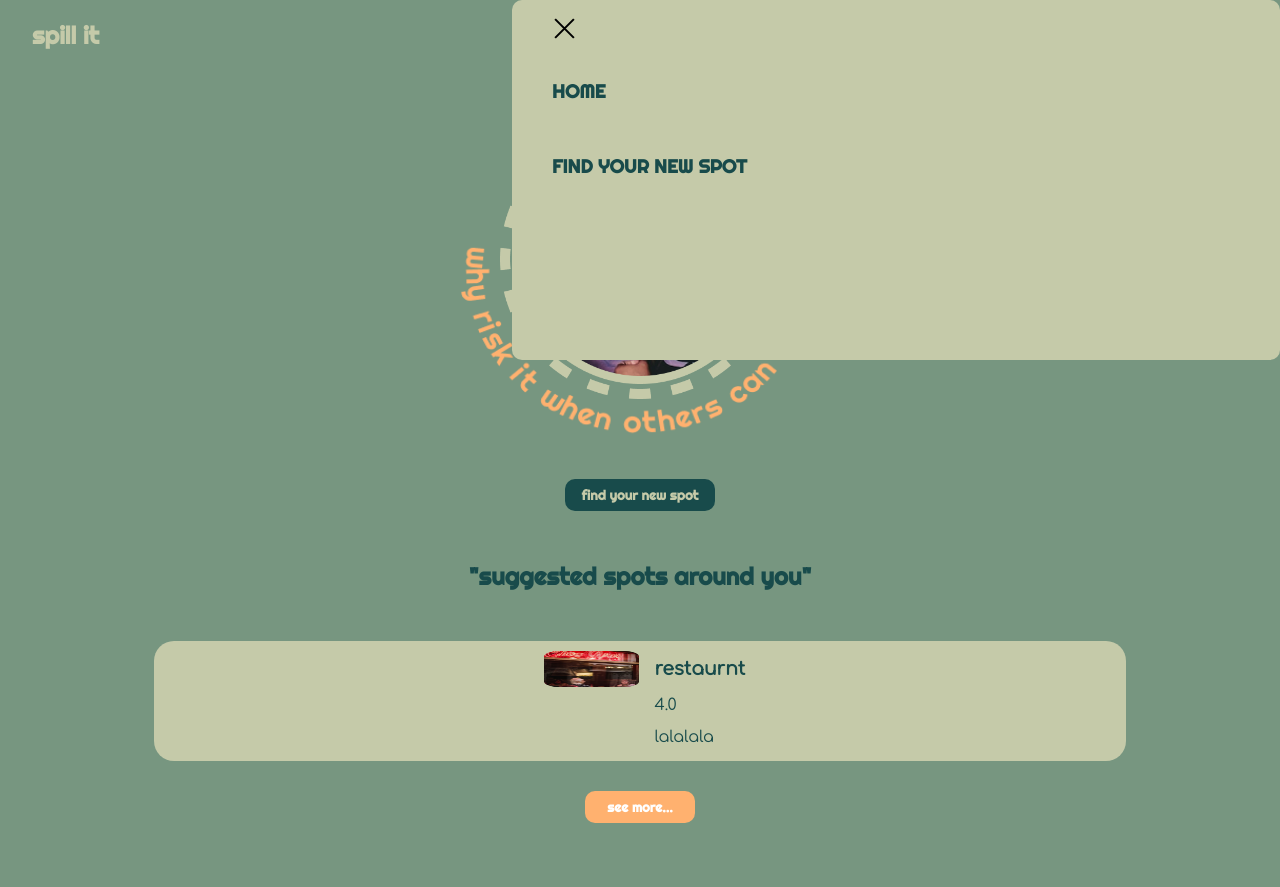
Repository: shaelorch/spillit
Page: /
An editor plug-in stored every save of this project. The page is shown before and after a run of saves, followed by the edit.
The browser window is 1280 px wide. The pictures show the whole page.
The project was rebuilt for these pictures with package versions that can differ from the ones it lists, and the page was loaded fresh each time. The framework's server and built-in components were replaced by stand-ins that run in the browser. Also part of the build but not shown: next.config.js.

Above is the page before, as saved 2023-02-10 14:47:36.

### pages/index.js
import Head from 'next/head'
import Image from 'next/image'
import HeroCont from '../components/HeroCont'
import styles from '../styles/Home.module.css'
import Button from '../components/Button'
import SubButton from '../components/SubButton'
import RevCard from '../components/reviewCard'
import Header from '../components/Header'
import TopBar from '../components/topBAr'
import PopMenu from '../components/popMenu'



export default function Home() {
  return (
    <div className={styles.container}>
      <Head>
        <title>Create Next App</title>
        <meta name="description" content="Generated by create next app" />
        <link rel="icon" href="/favicon.ico" />

      </Head>

     <TopBar/>
     <PopMenu/>


      <main className={styles.main}>
        <HeroCont/>
        <Button />
        <Header />

        <RevCard/>
        <SubButton bttntxt='see more...'/>
      </main>


    </div>
  )
}

### styles/globals.css

@import url('https://fonts.googleapis.com/css2?family=Righteous&display=swap');
@import url('https://fonts.googleapis.com/css2?family=Comfortaa&family=Righteous&display=swap');


html,
body {
  padding: 0;
  margin: 0;
  font-family: -apple-system, BlinkMacSystemFont, Segoe UI, Roboto, Oxygen,
    Ubuntu, Cantarell, Fira Sans, Droid Sans, Helvetica Neue, sans-serif;
}

a {
  color: inherit;
  text-decoration: none;
}

* {
  box-sizing: border-box;
}

@media (prefers-color-scheme: dark) {
  html {
    color-scheme: dark;
  }
  body {
    color: white;
    background: black;
  }
}

### components/HeroCont.js
import react from "react";
import { motion } from 'framer-motion';

export default function HeroCont() {



    return (<div style={{justifyContent:'center', display:'flex', paddingBottom:80}}>

        <img src="dotted.png" style={{display:'flex', position:'relative', width:280, height:280, marginTop:-15}}/>
        <img src="heropic.png" style={{display:'flex', width:250, height:250, position:'absolute' }}/>
        <img src="wordcircle.png" style={{width:440, height:410,position:'absolute', animation:'rotation 2s infinite linear' }}/>

    </div>
    )
}

### styles/Home.module.css
.container {
  padding: 0 2rem;
  background-color: #779680;
}

.rotate {

  width:358;
  height:195;
  margin-top:-160;
  margin-Left:-40;
  animation:rotation 2s infinite linear;
}

.main {
  min-height: 100vh;
  padding: 4rem 0;
  flex: 1;
  display: flex;
  flex-direction: column;
  justify-content: center;
  align-items: center;
  font-family: 'Comfortaa', 'cursive';
}

.footer {
  display: flex;
  flex: 1;
  padding: 2rem 0;
  border-top: 1px solid #eaeaea;
  justify-content: center;
  align-items: center;
}

.footer a {
  display: flex;
  justify-content: center;
  align-items: center;
  flex-grow: 1;
}

.title a {
  color: #0070f3;
  text-decoration: none;
}

.title a:hover,
.title a:focus,
.title a:active {
  text-decoration: underline;
}

.title {
  margin: 0;
  line-height: 1.15;
  font-size: 4rem;
}

.title,
.description {
  text-align: center;
}

.description {
  margin: 4rem 0;
  line-height: 1.5;
  font-size: 1.5rem;
}

.code {
  background: #fafafa;
  border-radius: 5px;
  padding: 0.75rem;
  font-size: 1.1rem;
  font-family: Menlo, Monaco, Lucida Console, Liberation Mono, DejaVu Sans Mono,
    Bitstream Vera Sans Mono, Courier New, monospace;
}

.grid {
  display: flex;
  align-items: center;
  justify-content: center;
  flex-wrap: wrap;
  max-width: 800px;
}

.card {
  margin: 1rem;
  padding: 1.5rem;
  text-align: left;
  color: inherit;
  text-decoration: none;
  border: 1px solid #eaeaea;
  border-radius: 10px;
  transition: color 0.15s ease, border-color 0.15s ease;
  max-width: 300px;
}

.card:hover,
.card:focus,
.card:active {
  color: #0070f3;
  border-color: #0070f3;
}

.card h2 {
  margin: 0 0 1rem 0;
  font-size: 1.5rem;
}

.card p {
  margin: 0;
  font-size: 1.25rem;
  line-height: 1.5;
}

.logo {
  height: 1em;
  margin-left: 0.5rem;
}

@media (max-width: 600px) {
  .grid {
    width: 100%;
    flex-direction: column;
  }
}

@media (prefers-color-scheme: dark) {
  .card,
  .footer {
    border-color: #222;
  }
  .code {
    background: #111;
  }
  .logo img {
    filter: invert(1);
  }
}

### components/Button.js

export default function Button({
    bttntxt="find your new spot",
    color="#C5CAA9"
}) {

    return(
        <button style={{display:'flex',
         backgroundColor:'#184B4B',
          borderRadius:10, width:150,
           justifyContent:'center'
           , padding:8, alignContent:'center',
            color:'#C5CAA9', fontWeight:'bold',
            border:'transparent', fontFamily: 'Righteous, cursive'}}>{bttntxt}</button>
    )
}

### components/SubButton.js

export default function SubButton({
    bttntxt="find your spot",

}) {

    return(
        <div style={{paddingTop:30}}>
             <button style={{display:'flex',
         backgroundColor:'#FFB16F',
          borderRadius:10, width:110,
           justifyContent:'center'
           , padding:8, alignContent:'center',
            color:'white', fontWeight:'bold',
            border:'transparent',
            fontFamily: 'Righteous, cursive'}}>{bttntxt}</button>
        </div>

    )
}

### components/reviewCard.js



export default function RevCard({
    name="restaurnt",
    rating="4.0",
    review="lalalala"
}) {

    return (<div style={{justifyContent:'center',display:'flex', width:"80%", height:'100%', backgroundColor:'#C5CAA9',  borderRadius:20}}>

        <div style={{display:'flex', flexDirection:'row'}}>
            <img  style={{display:'flex', width:'45%', height:"30%", marginTop:10, marginLeft:10}} src="place.png"/>
            <div style={{lineHeight:1,paddingLeft:15, color:'#184B4B'}}>
                <h3>{name}</h3>
                <p>{rating}</p>
                <p>{review}</p>
            </div>
        </div>



    </div>

    )
}

### components/Header.js





export default function Header() {

    return (
        <h2 style={{fontFamily:'righteous, cursive', margin:50, marginLeft:'20%', marginRight:'20%', textAlign:'center', color: '#184B4B'}}>"suggested spots around you"</h2>
    )
}

### components/topBAr.js
import Link from "next/link"
import { useState } from "react"
import { GrClose } from 'react-icons/gr'
import PopMenu from "./popMenu";

export default function TopBar() {

    const [open, setOpen] = useState(false);

   const onClick = () => {
    setOpen (current => !current)
   };

    return (
        <><div style={{ display: 'flex', flexDirection: 'row', justifyContent: 'space-between', alignItems: 'center', backgroundColor: '#779680' }}>
            <Link href='/'>
                <h2 style={{ color: '#C5CAA9', fontFamily: 'righteous, cursive' }}>spill it</h2>
            </Link>
            <img
                onClick={onClick} style={{ height: 50, width: 50 }} src="menu.png" />
            {open ? <PopMenu/> : null}

        </div></>

            )
        }

### components/popMenu.js
import { GrClose } from 'react-icons/gr';
import Link from 'next/link';
import { useState } from 'react';

export default function PopMenu() {

    const [close, setClose] = useState(true);

    const handleButtonClick = () => {
        setClose(current => !current);
    }


    return (
        <div style={{display: close ? 'flex' : 'none', position:'absolute',
    backgroundColor: '#C5CAA9',borderRadius:10, width: '60%', height:'50%', right:0, top:0, zIndex:1}}>
        <ul>
            <GrClose size="25" color="#184B4B"
            onClick={handleButtonClick}/>
            <div

            style={{lineHeight:3, color:"#184B4B",
             fontFamily:'righteous, cursive'}}>

                 <Link href={'/'}><h3>HOME</h3>
                 </Link>
                <Link href={"/findASpot"}><h3>FIND YOUR NEW SPOT</h3>
                </Link>
            </div>

        </ul>


    </div>







    )
}

Loaded but not shown: pages/_app.js (common file)

After the next 2 saves:
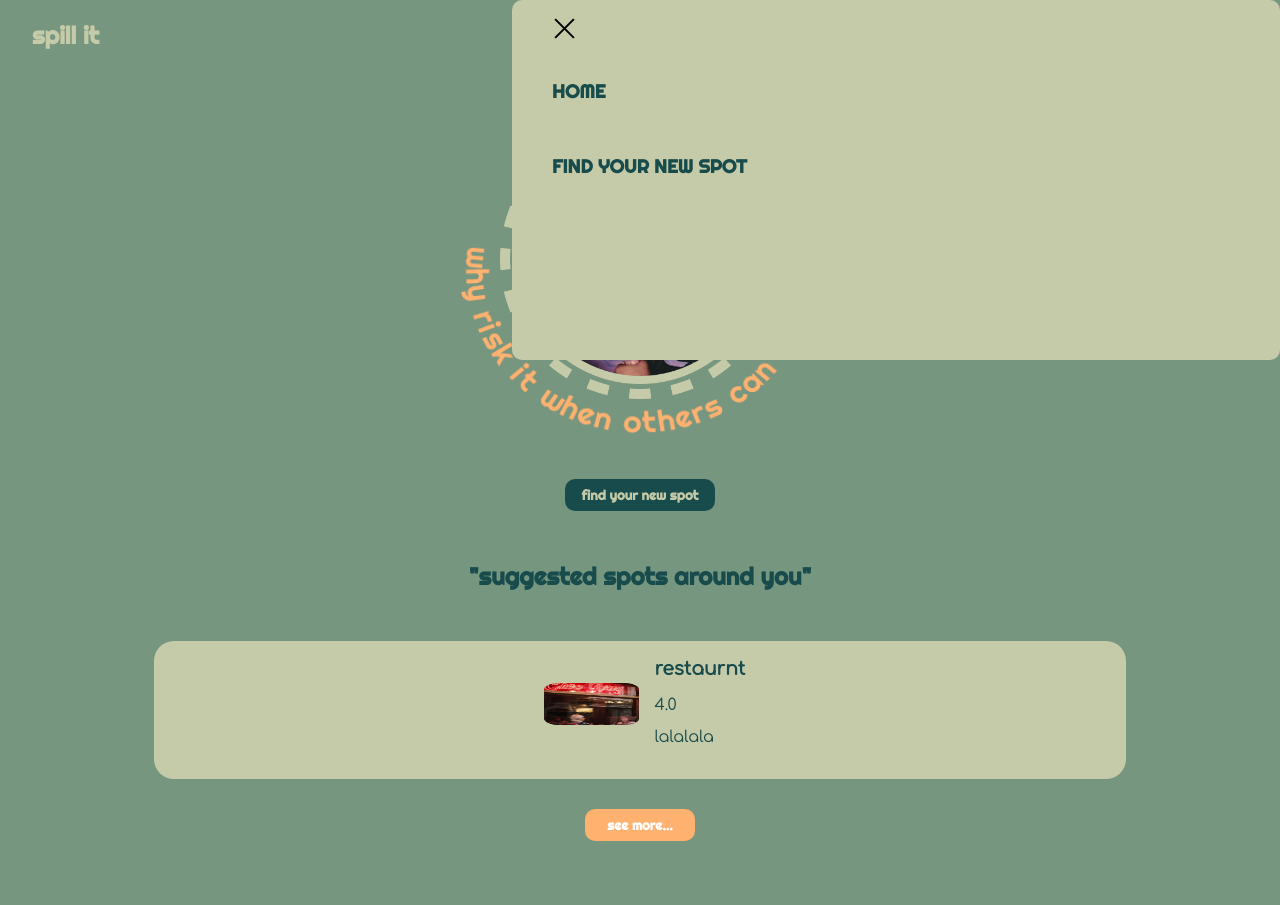
The 2 saves are shown as one change because they came seconds apart.
The last was saved 13 s later.
--- a/components/reviewCard.js
+++ b/components/reviewCard.js
@@ -10,7 +10,7 @@
     return (<div style={{justifyContent:'center',display:'flex', width:"80%", height:'100%', backgroundColor:'#C5CAA9',  borderRadius:20}}>
 
         <div style={{display:'flex', flexDirection:'row'}}>
-            <img  style={{display:'flex', width:'45%', height:"30%", marginTop:10, marginLeft:10}} src="place.png"/>
+            <img  style={{display:'flex', width:'45%', height:"30%", marginTop:"20%", marginLeft:10}} src="place.png"/>
             <div style={{lineHeight:1,paddingLeft:15, color:'#184B4B'}}>
                 <h3>{name}</h3>
                 <p>{rating}</p>
